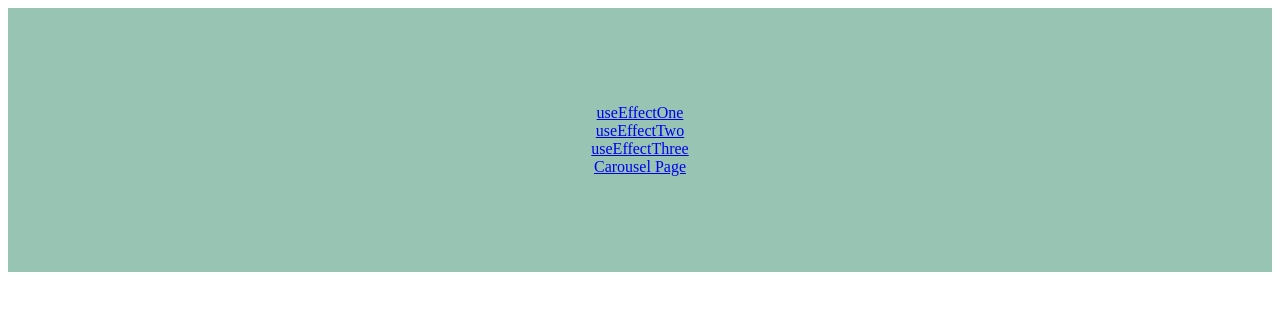
Repository: jennydmcm/useeffect-carousel
Page: /
An editor plug-in stored every save of this project. The page is shown before and after the next save, followed by the edit.
The browser window is 1280 px wide. The pictures show the whole page.
The project was rebuilt for these pictures with package versions that can differ from the ones it lists, and the page was loaded fresh each time. The framework's server and built-in components were replaced by stand-ins that run in the browser. Also part of the build but not shown: next.config.js.

Above is the page before, as saved 2023-02-23 18:31:04.

### pages/index.js
import Head from 'next/head'
import styles from '@/styles/Home.module.css'
import Link from 'next/link'

export default function Home() {
  return (
    <>
      <Head>
        <title>Create Next App</title>
        <meta name="description" content="Generated by create next app" />
        <meta name="viewport" content="width=device-width, initial-scale=1" />
        <link rel="icon" href="/favicon.ico" />
      </Head>
      <main className={styles.main}>
        <Link className={styles.link} href="/useEffectOne">useEffectOne</Link>
        <Link className={styles.link} href="/useEffectTwo">useEffectTwo</Link>
        <Link className={styles.link} href="/useEffectThree">useEffectThree</Link>
        <Link className={styles.link} href="/carouselPage">Carousel Page</Link>
      </main>
    </>
  )
}

### styles/Home.module.css
.main {
  display: flex;
  flex-direction: column;
  justify-content: space-between;
  align-items: center;
  padding: 6rem;
  min-height: 100%;
  background-color: #97C4B3;
}

Loaded but not shown: pages/_app.js (common file); pages/_document.js (common file); styles/globals.css (common file)

After the next save:
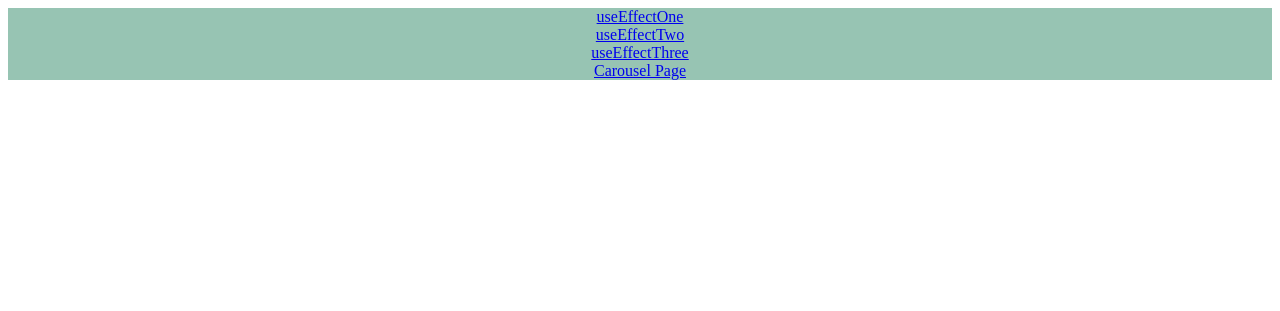
Saved 26 s later.
--- a/styles/Home.module.css
+++ b/styles/Home.module.css
@@ -3,7 +3,7 @@
   flex-direction: column;
   justify-content: space-between;
   align-items: center;
-  padding: 6rem;
+
   min-height: 100%;
   background-color: #97C4B3;
 }

After the save that followed:
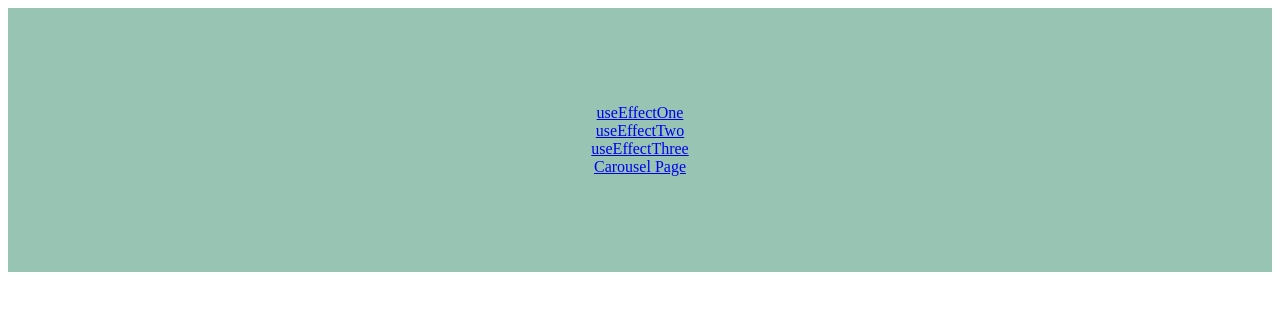
Saved 7 s later.
--- a/styles/Home.module.css
+++ b/styles/Home.module.css
@@ -3,7 +3,7 @@
   flex-direction: column;
   justify-content: space-between;
   align-items: center;
-
+  padding: 6rem;
   min-height: 100%;
   background-color: #97C4B3;
 }
